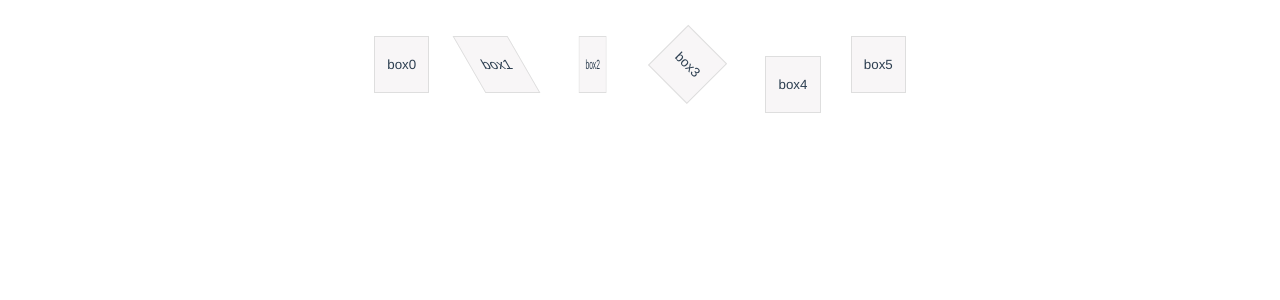
Repository: Yolanda0007/IFE-transition-demo
Page: /#/transform
The author's editor kept a copy of each file at every save. The page is drawn from the files as they stood at one save, then again after the next save.
The browser window is 1280 px wide. The pictures show the whole page.
The project was rebuilt for these pictures with package versions that can differ from the ones it lists, and the page was loaded fresh each time. Also part of the build but not shown: src/components/HelloWorld.vue, src/components/Area.vue.

Above is the page before, as saved 2018-10-26 15:22:31.

After the next save:
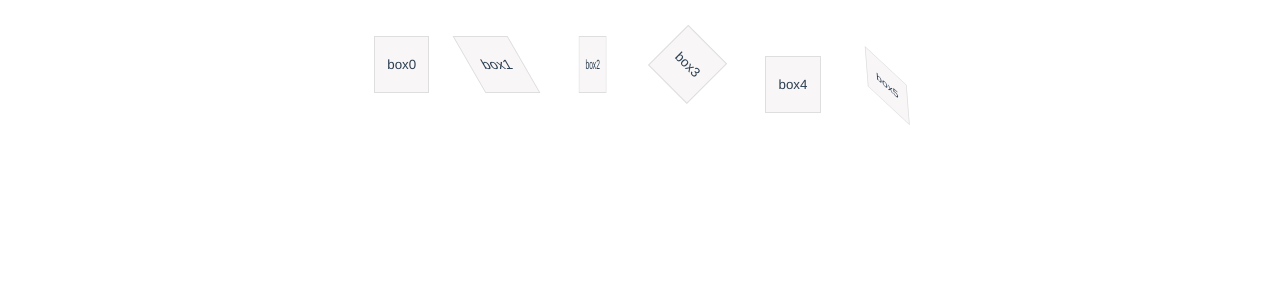
Saved 33 min 29 s later.
--- a/src/components/transform.vue
+++ b/src/components/transform.vue
@@ -40,6 +40,6 @@
     transform: translate(10px,20px);
   }
   .matrix{
-    transform: matrix()
+    transform: skew(30deg) scale(0.5,1) rotate(45deg) translate(10px,20px);
   }
 </style>
